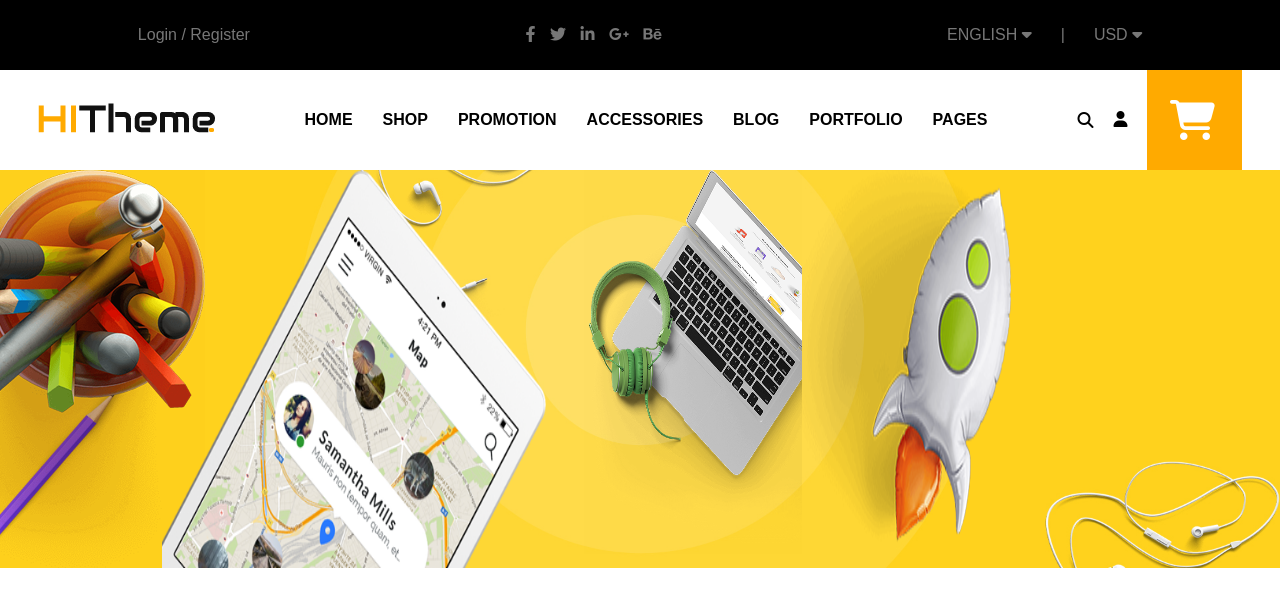
Repository: Thach1311/DU-AN-WEB-BAN-HANG-
Page: index1.html
An editor plug-in stored every save of this project. The page is shown before and after the next save, followed by the edit.
The browser window is 1280 px wide. The pictures show the whole page.

Above is the page before, as saved 2023-02-23 17:38:08.

After the next save:
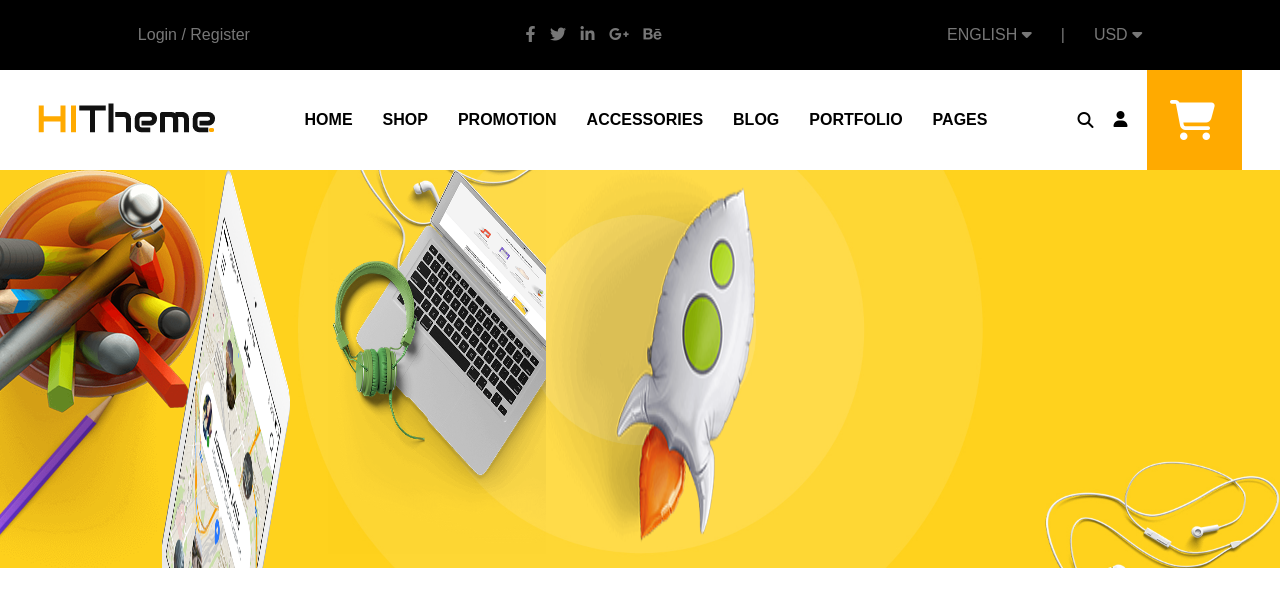
Saved 4 s later.
--- a/CSS/style1.css
+++ b/CSS/style1.css
@@ -625,7 +625,7 @@
 .slide__bgMain-item2{
 
      animation: go 3s infinite alternate-reverse;
-     width: 30%;
+     width: 10%;
 }
 .slide__bgMain-item3{
     width: 20%;
